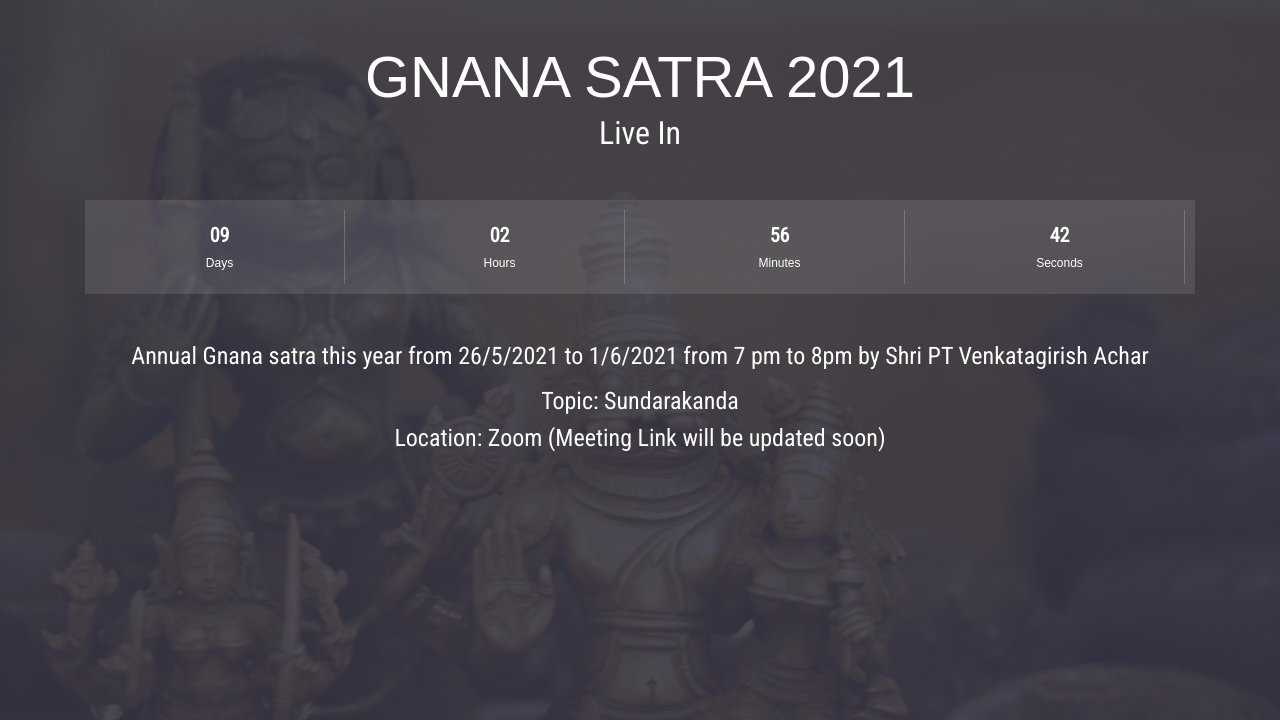
Repository: anirudhbichal/gs
Page: /
These files come from the project's save history. The page is drawn as it stood at one moment and after the next save; the edit follows.
The browser window is 1280 px wide. The pictures show the whole page.
Some web fonts or font styles are not loaded; a fallback is used. The project was rebuilt for these pictures with package versions that can differ from the ones it lists, and the page was loaded fresh each time.

Above is the page before, as saved 2021-05-17 17:59:34.

### public/index.html
<!DOCTYPE html>
<html lang="en">
  <head>
    <meta charset="utf-8" />
    <meta name="viewport" content="width=device-width, initial-scale=1" />
    <meta name="theme-color" content="#000000" />
    <meta
      name="description"
      content="Gnana Satra website"
    />
    <link rel="apple-touch-icon" href="%PUBLIC_URL%/logo192.png" />
    <!--
      manifest.json provides metadata used when your web app is installed on a
      user's mobile device or desktop. See https://developers.google.com/web/fundamentals/web-app-manifest/
    -->
    <link rel="manifest" href="%PUBLIC_URL%/manifest.json" />
    <!--
      Notice the use of %PUBLIC_URL% in the tags above.
      It will be replaced with the URL of the `public` folder during the build.
      Only files inside the `public` folder can be referenced from the HTML.

      Unlike "/favicon.ico" or "favicon.ico", "%PUBLIC_URL%/favicon.ico" will
      work correctly both with client-side routing and a non-root public URL.
      Learn how to configure a non-root public URL by running `npm run build`.
    -->
    <title>Gnana Satra</title>
  </head>
  <body>
    <noscript>You need to enable JavaScript to run this app.</noscript>
    <div id="root"></div>
    <!--
      This HTML file is a template.
      If you open it directly in the browser, you will see an empty page.

      You can add webfonts, meta tags, or analytics to this file.
      The build step will place the bundled scripts into the <body> tag.

      To begin the development, run `npm start` or `yarn start`.
      To create a production bundle, use `npm run build` or `yarn build`.
    -->
  </body>
</html>

### src/App.js
import 'bootstrap/dist/css/bootstrap.min.css';
import './App.css';
import Container from 'react-bootstrap/Container';
import Timer from "./components/countdown/Timer";

function App() {
  return (
    <div className="App">
      <Container className="my-5">
        <h1>
          Gnana Satra 2021
        </h1>
        <h2 className="mb-5">Live In</h2>
        <Timer />
        <h4 className="mt-5">
          Annual Gnana satra this year from 26/5/2021 to 1/6/2021 from 7 pm to 8pm by Shri PT Venkatagirish Achar
        </h4>
        <h4 className="mt-3">
          Topic: Sundarakanda
        </h4>
        <h4>
          Location: Zoom (Meeting Link will be updated soon)
        </h4>
      </Container>
    </div>
  );
}

export default App;

### src/App.css
@import url("https://fonts.googleapis.com/css?family=Roboto+Condensed&display=swap");
@import url('http://fonts.cdnfonts.com/css/samarkan');

body {
  color: #fff;
  font-family: "Roboto Condensed", sans-serif;
  background-image: url('gs-bg.jpg');
  background-position: top top;
  background-size: cover;
  margin: 0;
}

.App {
  position: fixed;
  top: 0;
  left: 0;
  right: 0;
  bottom: 0;
  text-align: center;
  background: rgb(55, 55, 70);
  background: linear-gradient(
    0deg,
    rgba(55, 55, 70, 0.9) 0%,
    rgba(55, 55, 70, 0.9) 50%,
    rgba(55, 55, 70, 0.9) 100%
  );
}

h1 {
  font-family: 'Samarkan', sans-serif;
  font-size: 58px;
  text-transform: uppercase;
  line-height: 1;
}

### src/components/countdown/Timer.js
import React, { Component } from "react";
// import moment from 'moment';
import Container from 'react-bootstrap/Container';
import Row from 'react-bootstrap/Row';
import Col from 'react-bootstrap/Col';
import "./Timer.css";

class CountDown extends Component {
  constructor(props) {
    super(props);
    this.count = this.count.bind(this);
    this.state = {
      days: 0,
      minutes: 0,
      hours: 0,
      secounds: 0,
      time_up: ""
    };
    this.x = null;
    this.deadline = null;
  }
  count() {
    var now = new Date().getTime();
    var t = this.deadline - now;
    var dd = Math.floor(t / (1000 * 60 * 60 * 24));
    var hh = Math.floor((t % (1000 * 60 * 60 * 24)) / (1000 * 60 * 60));
    var mm = Math.floor((t % (1000 * 60 * 60)) / (1000 * 60));
    var ss = Math.floor((t % (1000 * 60)) / 1000);

    var days = dd < 10 ? "0" + dd : dd;
    var hours = hh < 10 ? "0" + hh : hh;
    var minutes = mm < 10 ? "0" + mm : mm;
    var seconds = ss < 10 ? "0" + ss : ss;

    this.setState({ days, minutes, hours, seconds });

    if (t < 0) {
      clearInterval(this.x);
      this.setState({
        days: 0,
        minutes: 0,
        hours: 0,
        seconds: 0,
        time_up: "TIME IS UP"
      });
    }
  }
  componentDidMount() {
    this.deadline = new Date("May 26, 2021 19:00:00").getTime();

    this.x = setInterval(this.count, 1000);
  }

  render() {
    const { days, seconds, hours, minutes } = this.state;
    return (
      <Container id="countdown">
        <Row>
            <Col>
                <div className="box">
                    <p id="day">{days}</p>
                    <span className="text">Days</span>
                </div>
            </Col>
            <Col>
                <div className="box">
                    <p id="hour">{hours}</p>
                    <span className="text">Hours</span>
                </div>
            </Col>
            <Col>
                <div className="box">
                    <p id="minute">{minutes}</p>
                    <span className="text">Minutes</span>
                </div>
            </Col>
            <Col>
                <div className="box">
                    <p id="second">{seconds}</p>
                    <span className="text">Seconds</span>
                </div>
            </Col>
        </Row>
      </Container>
    );
  }
}

export default CountDown;

### src/components/countdown/Timer.css
#countdown {
    padding: 10px;
    background-color: rgba(255, 255, 255, 0.1);
    display: inline-block;
    text-align: center;
    margin: auto;
  }
  #countdown .box {
    padding: 10px;
    border-right: solid 1px rgba(255, 255, 255, 0.2);
  }
  #countdown .col-4:last-child .box {
    border-right-color: transparent;
  }
  #countdown .box p {
    font-size: 20px;
    font-weight: bold;
    margin: 0;
  }
  #countdown .box .text {
    font-size: 12px;
    font-family: sans-serif;
  }

Loaded but not shown: src/index.js (common file); src/index.css (common file); src/reportWebVitals.js (common file)

After the next save:
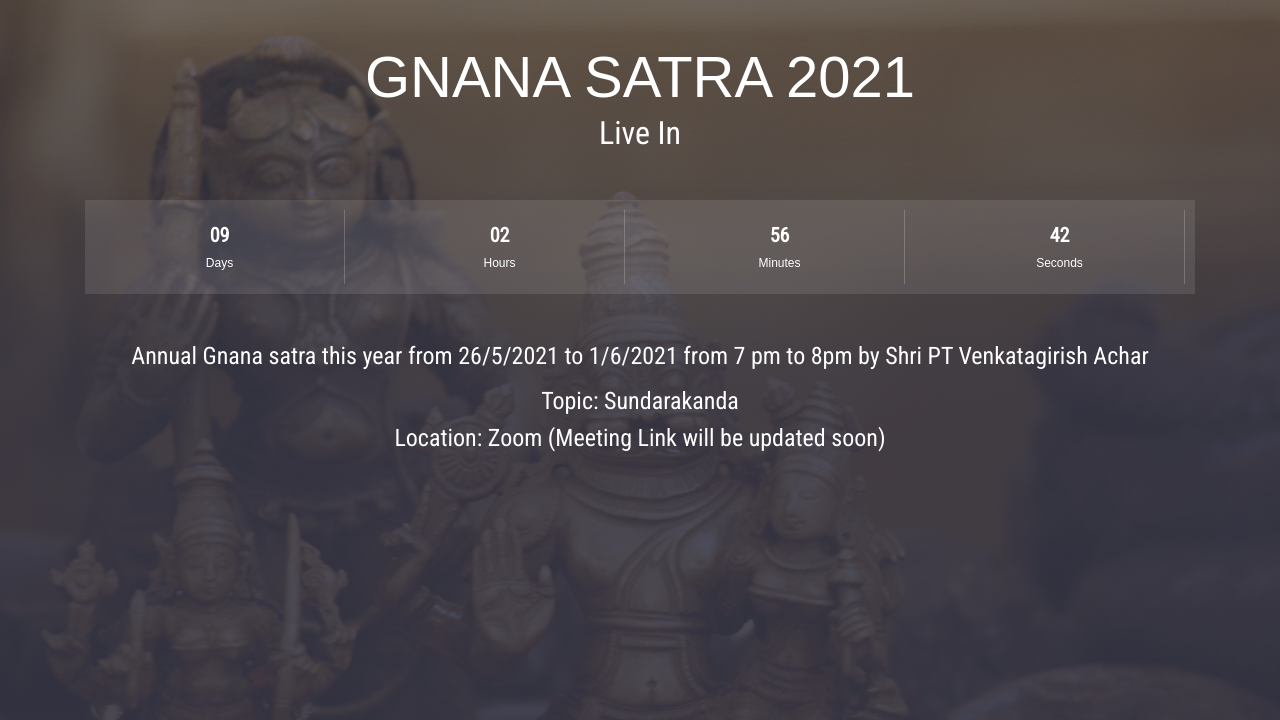
Saved 5 s later.
--- a/src/App.css
+++ b/src/App.css
@@ -22,7 +22,7 @@ body {
     0deg,
     rgba(55, 55, 70, 0.9) 0%,
     rgba(55, 55, 70, 0.9) 50%,
-    rgba(55, 55, 70, 0.9) 100%
+    rgba(55, 55, 70, 0.7) 100%
   );
 }
 
